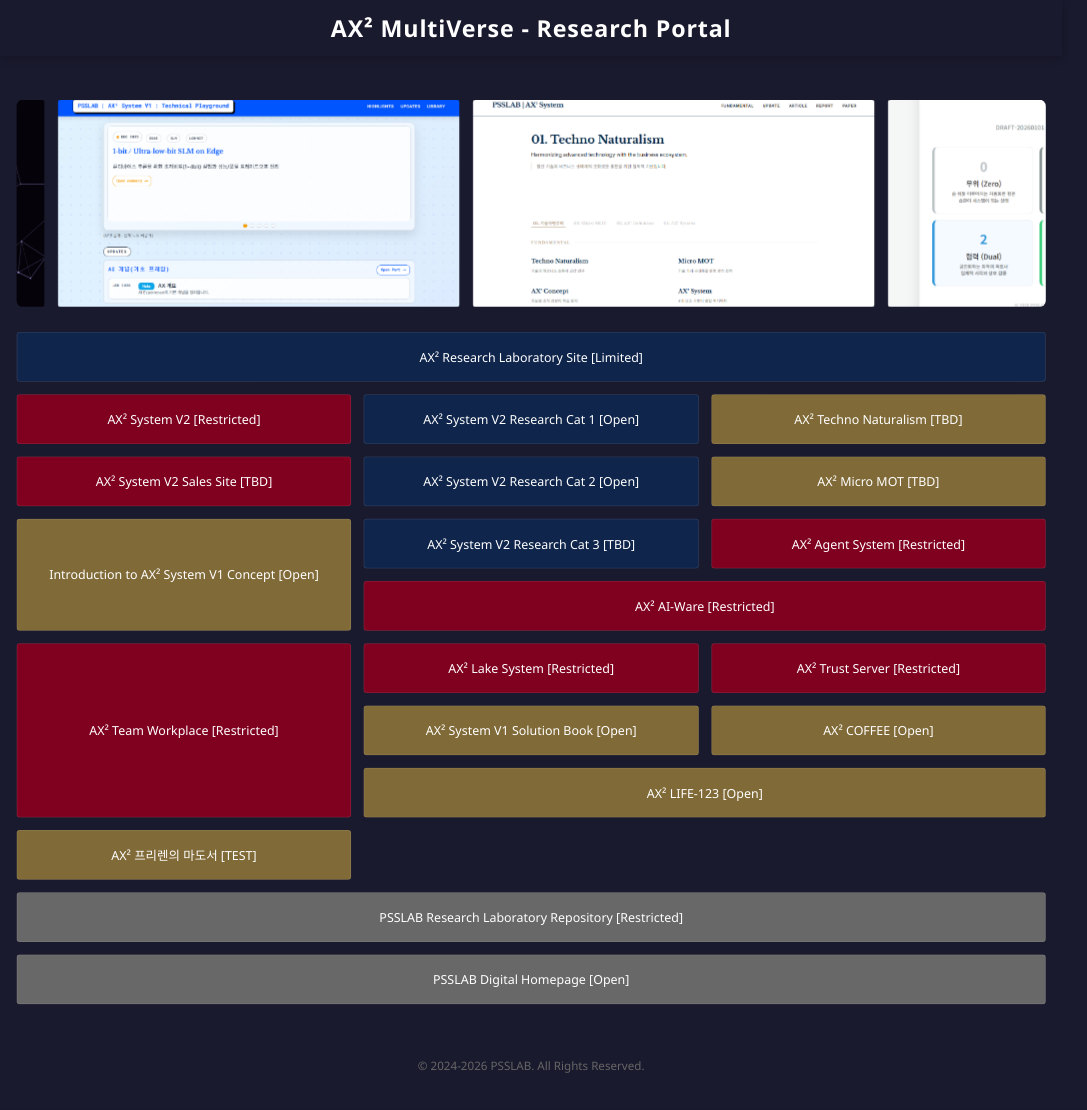
Repository: hycse89/PSSLAB_OpenSite
Page: psslab_multiverse_v3.html
These files come from the project's save history. The page is drawn as it stood at one moment and after the next save; the edit follows.
The browser window is 1280 px wide. The page is 1310 px wide, so the pictures cover 1310 px, including what lies to the right of the window. The pictures show the whole page, at 83% of full size.

Above is the page before, as saved 2026-01-11 21:50:05.

After the next save:
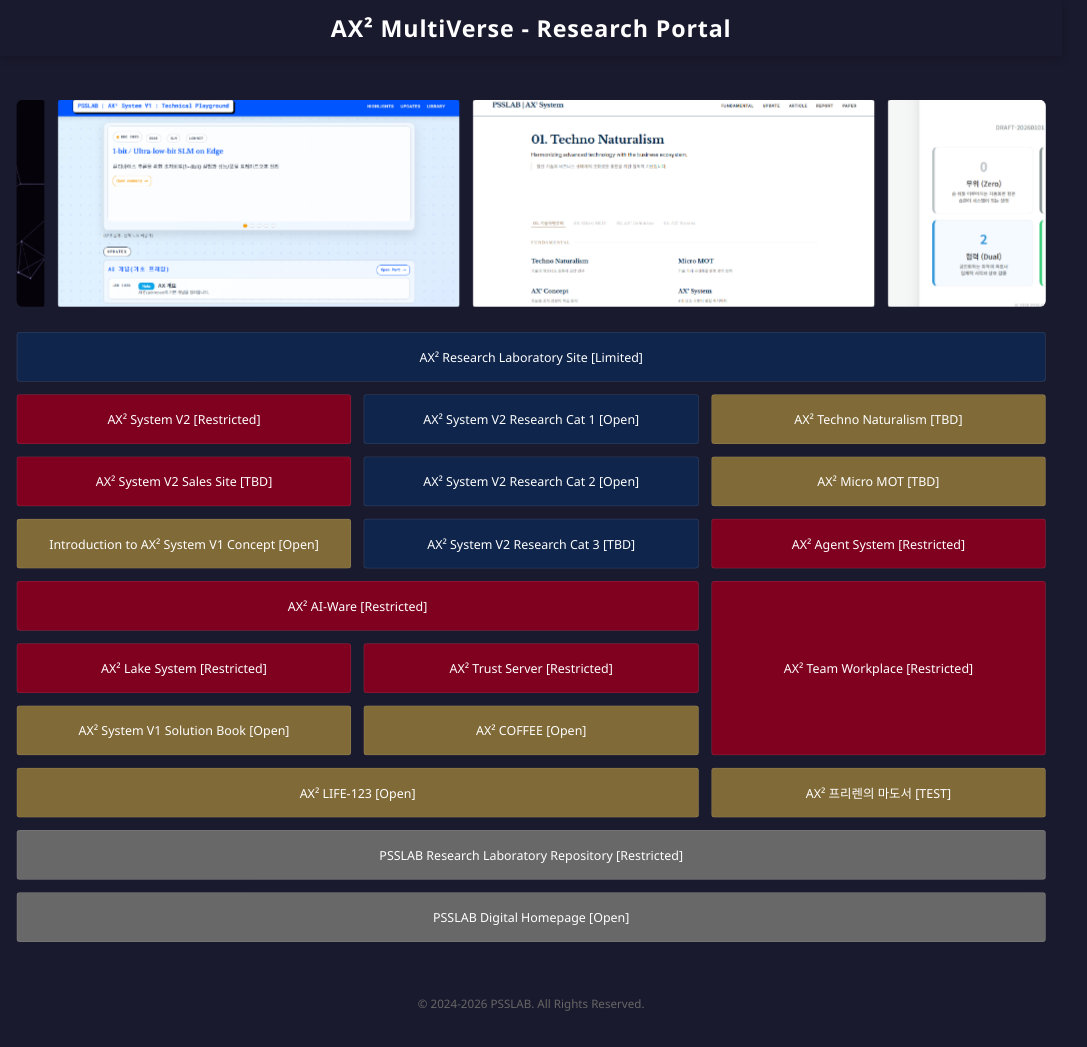
Saved 42 s later.
--- a/psslab_multiverse_v3.html
+++ b/psslab_multiverse_v3.html
@@ -194,7 +194,7 @@
             <a href="ax2_v2_20260101/index.html" class="link-button color-1 h-1">AX² System V2 Research Cat 2 [Open]</a>
             <a href="http://localhost:8001/utils/markdown_viewer.html?file=/ax_research/doc/doc_ax_micro_mot_v2.md" class="link-button color-3 h-1">AX² Micro MOT [TBD]</a>
 
-            <a href="ax2_v1_concept/ax2_homepage.html" class="link-button color-3 h-2">Introduction to AX² System V1 Concept [Open]</a>
+            <a href="ax2_v1_concept/ax2_homepage.html" class="link-button color-3 h-1">Introduction to AX² System V1 Concept [Open]</a>
 
 
             <a href="ax2_v3_20260101/index.html" class="link-button color-1 h-1">AX² System V2 Research Cat 3 [TBD]</a>
